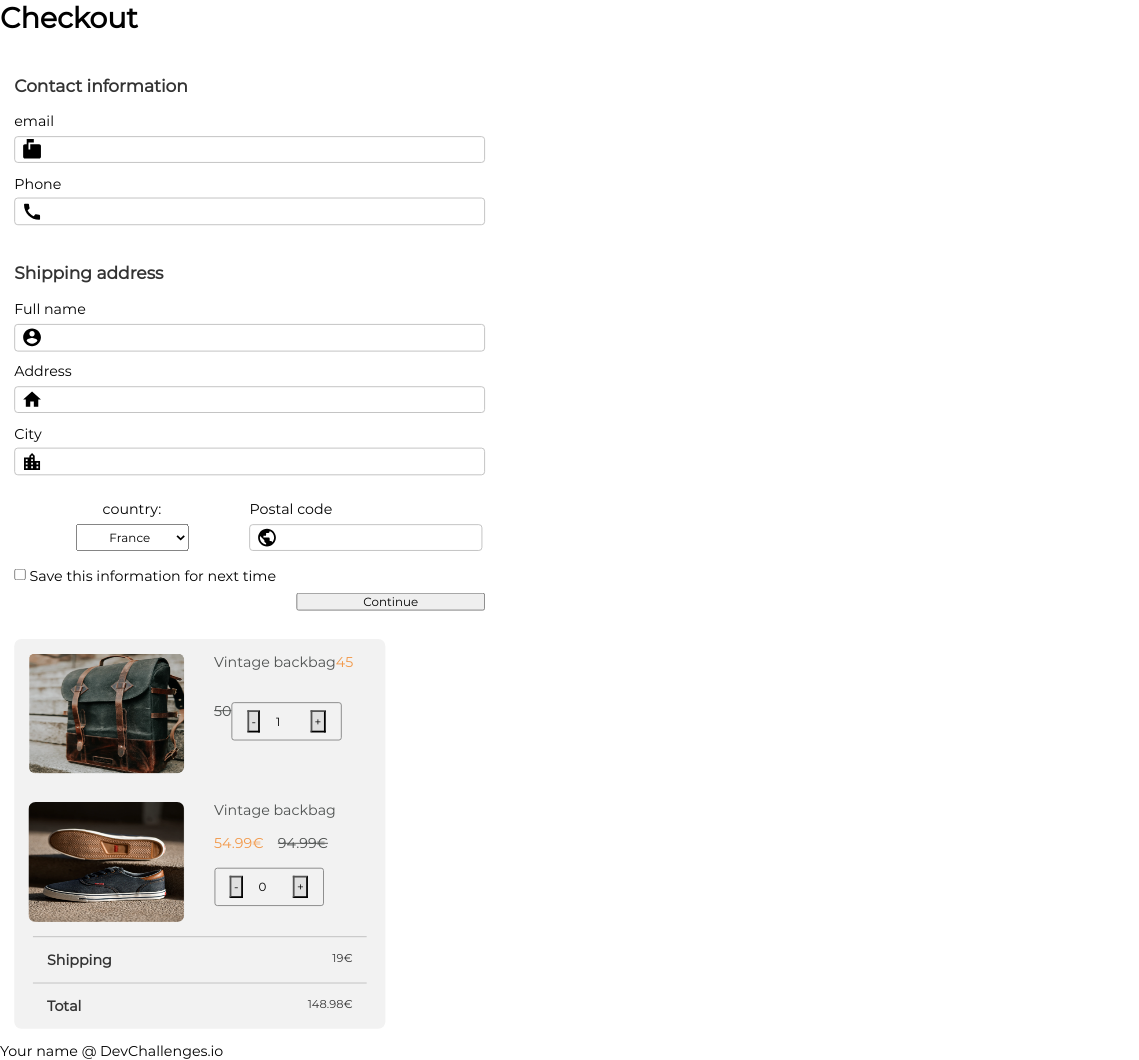
Repository: dubar-jeremy/checkout-page-master
Page: index.html
These files come from the project's save history. The page is drawn as it stood at one moment and after the next save; the edit follows.
The browser window is 1280 px wide. The pictures show the whole page, at 89% of full size.
The style sheet was rebuilt from its Sass, Less or Tailwind sources for each picture, by a compiler version that may differ from the author's.

Above is the page before, as saved 2021-02-06 00:03:14.

After the next save:
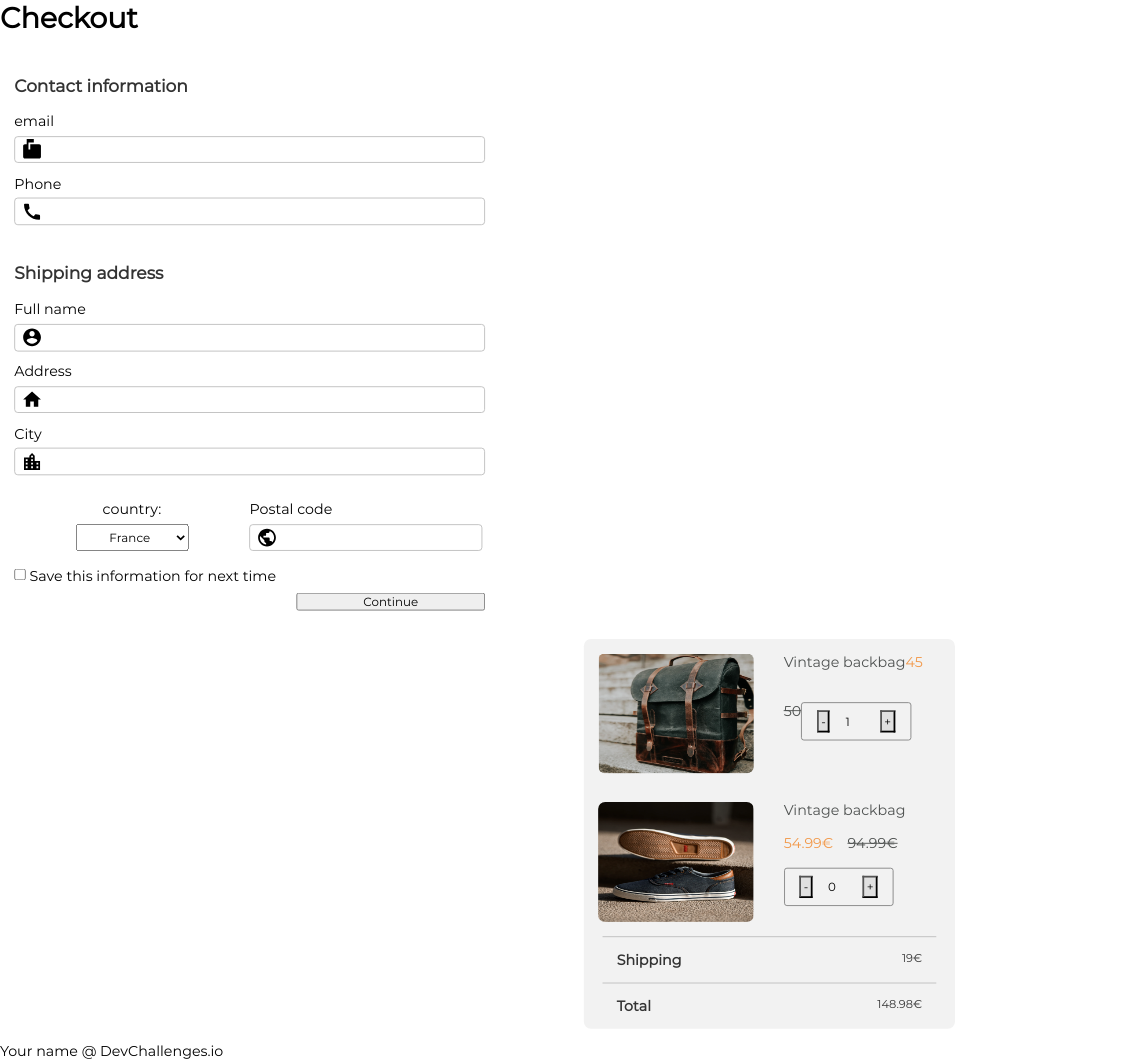
Saved 23 s later.
--- a/style/style.scss
+++ b/style/style.scss
@@ -239,6 +239,6 @@ form {
   }
 
   .checkout-container {
-    grid-column: 1 / 2;
-  }
-}
+    grid-column: 2 / 3;
+  }
+}
